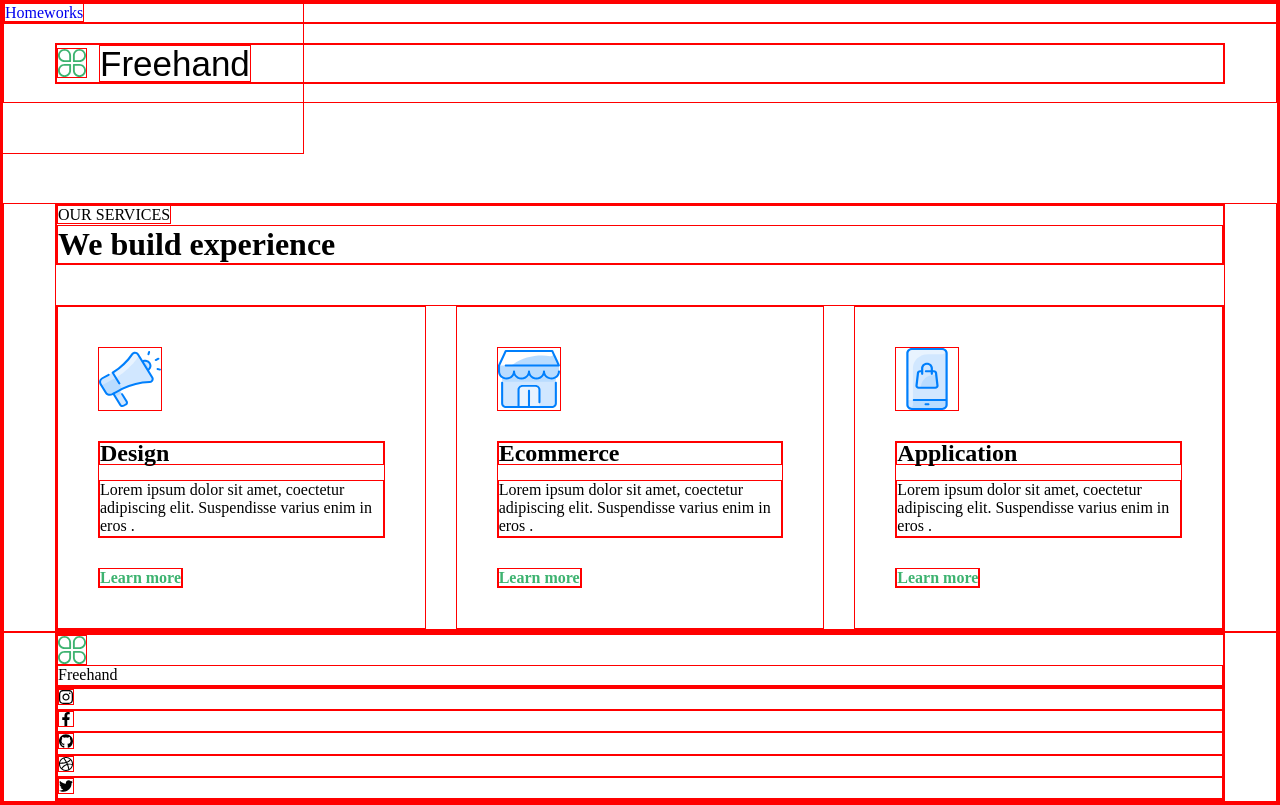
Repository: Tsiniavska/beetroot-test-project
Page: Homeworks/svg/index.html
An editor plug-in stored every save of this project. The page is shown before and after the next save, followed by the edit.
The browser window is 1280 px wide. The pictures show the whole page.
Some web fonts or font styles are not loaded; a fallback is used.

Above is the page before, as saved 2024-02-28 22:35:40.

After the next save:
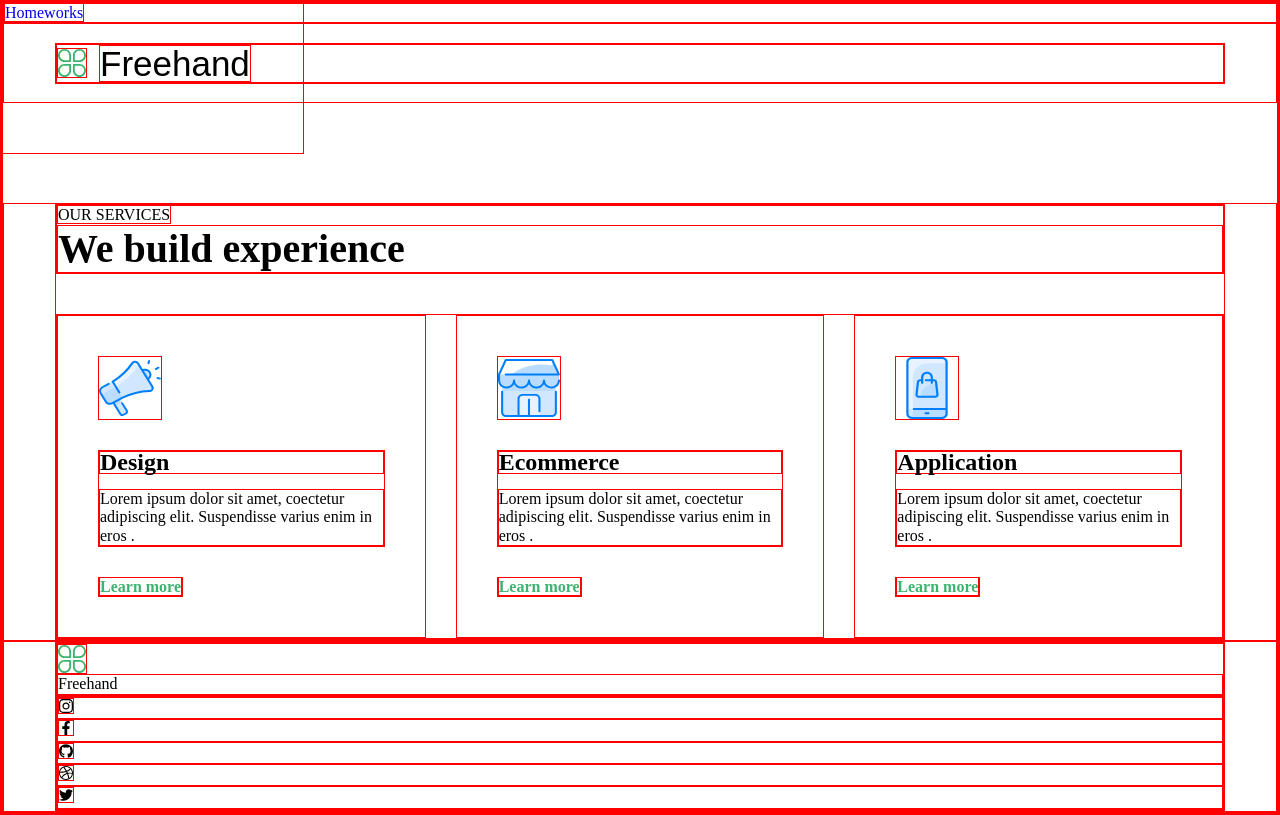
Saved 16 s later.
--- a/Homeworks/svg/index.css
+++ b/Homeworks/svg/index.css
@@ -42,7 +42,7 @@
 }
 
 .content-title {
-  font-size: ;
+  font-size: 2.5em;
 }
 
 .content-blocks {
